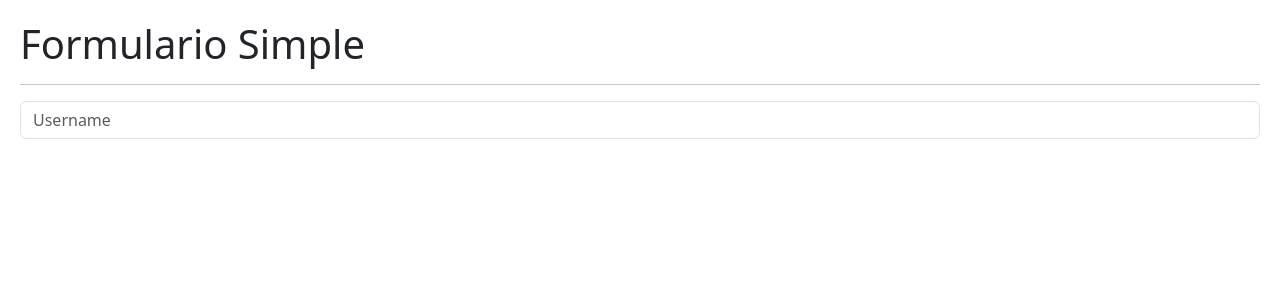
Repository: bryanesteban/hooks-App
Page: /
The author's editor kept a copy of each file at every save. The page is drawn from the files as they stood at one save, then again after the next save.
The browser window is 1280 px wide. The pictures show the whole page.
The project was rebuilt for these pictures with package versions that can differ from the ones it lists, and the page was loaded fresh each time. Also part of the build but not shown: vite.config.js, src/HooksApp.jsx, src/01-useState/CounterApp.jsx, src/01-useState/useCounter.jsx, src/01-useState/CounterWithCustomHook.jsx.

Above is the page before, as saved 2024-06-26 15:44:17.

After the next save:
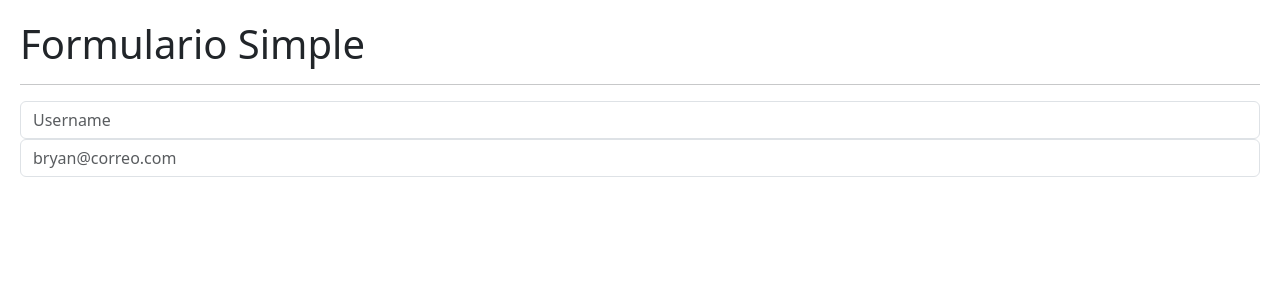
Saved 54 s later.
--- a/src/02-useEffect/SimpleForm.jsx
+++ b/src/02-useEffect/SimpleForm.jsx
@@ -17,6 +17,14 @@
 
         />
 
+        <input
+            type="email"
+            className="form-control"
+            placeholder="bryan@correo.com"
+            name="email"
+
+        />
+
 
 
     </>
